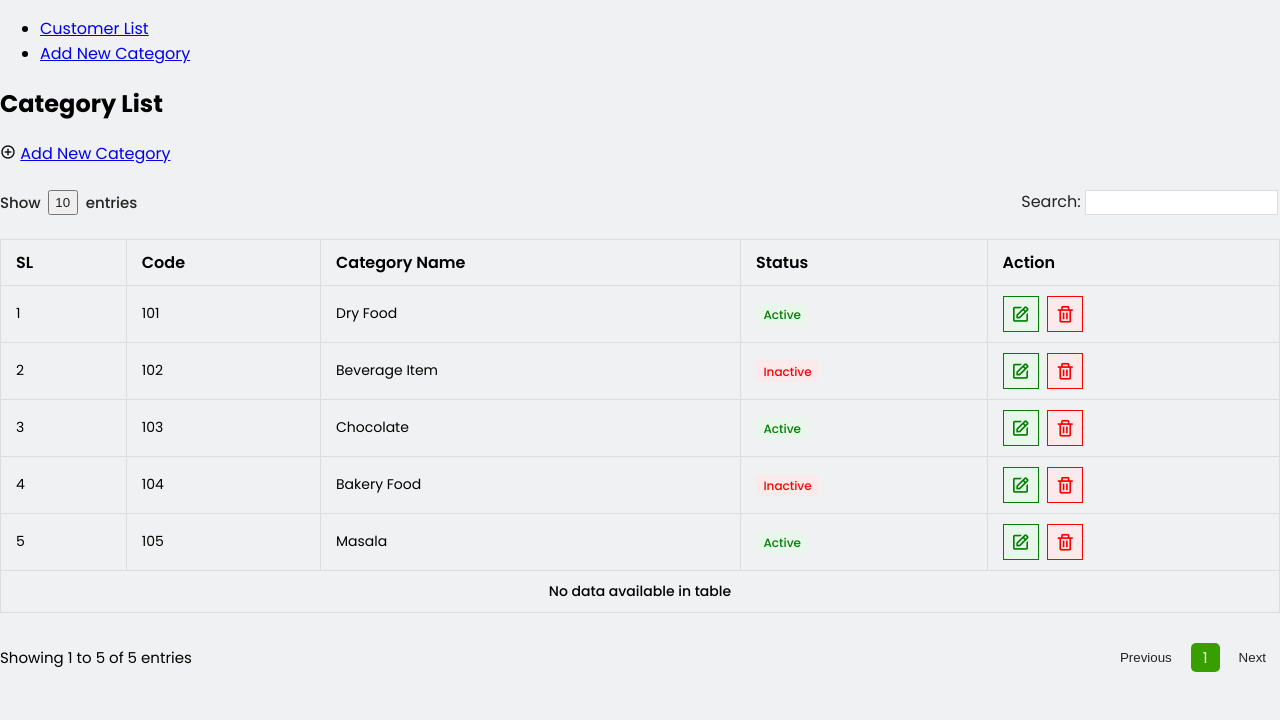
Repository: codebyaddro/customer-page
Page: customer.html
The author's editor kept a copy of each file at every save. The page is drawn from the files as they stood at one save, then again after a run of saves.
The browser window is 1280 px wide. The pictures show the whole page.

Above is the page before, as saved 2025-02-20 13:49:27.

After the next 2 saves:
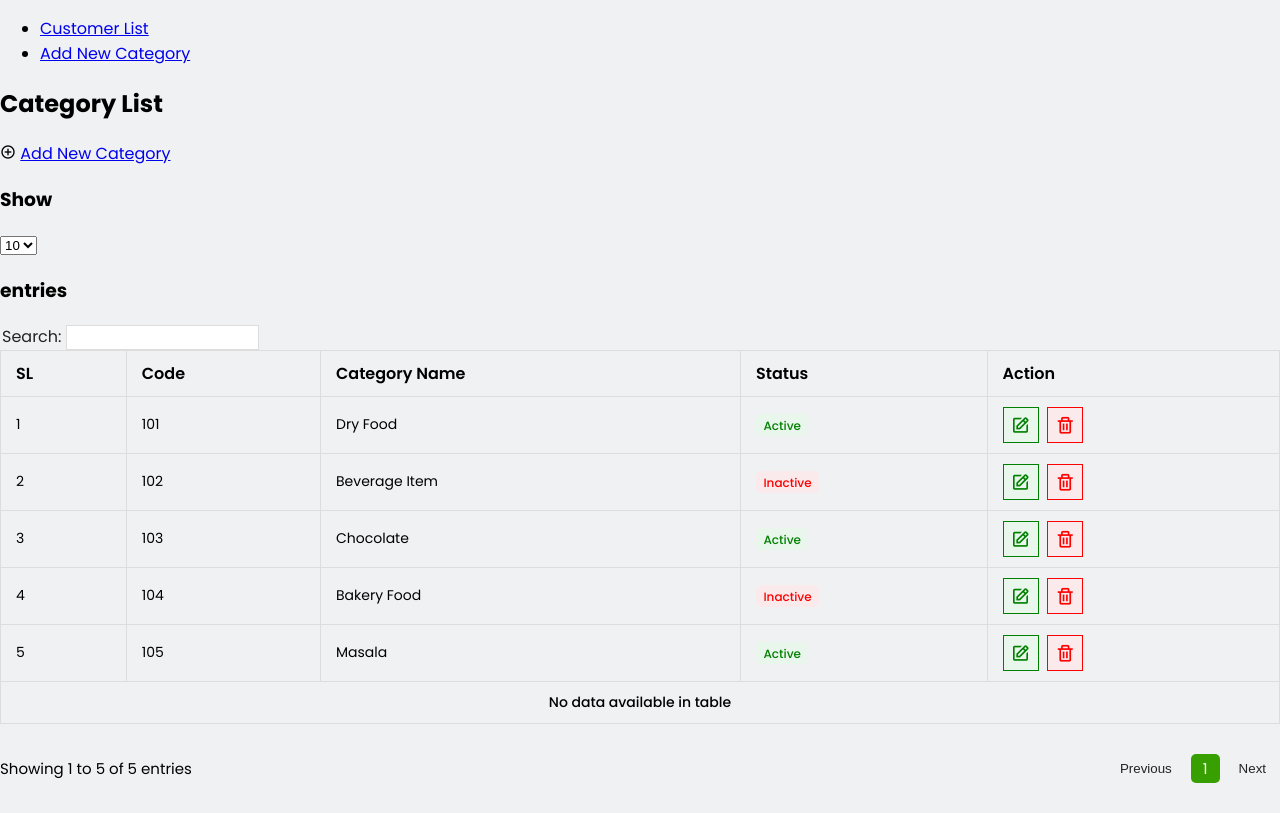
The 2 saves are shown as one change because they came seconds apart.
The last was saved 7 s later.
--- a/customer.html
+++ b/customer.html
@@ -27,8 +27,8 @@
                     <a href="/inner-pages/html/anc.html">Add New Category</a>
                 </div>
             </div>
-            <div class="list-short-dpdwn-search-box">
-                <div class="list-short-dpdwn">
+            <div class="cba-cusc-list-short-dpdwn-search-box">
+                <div class="cba-cusc-list-short-dpdwn">
                     <h3>Show</h3>
                     <select name="10" id="">
                         <option value="">10</option>
